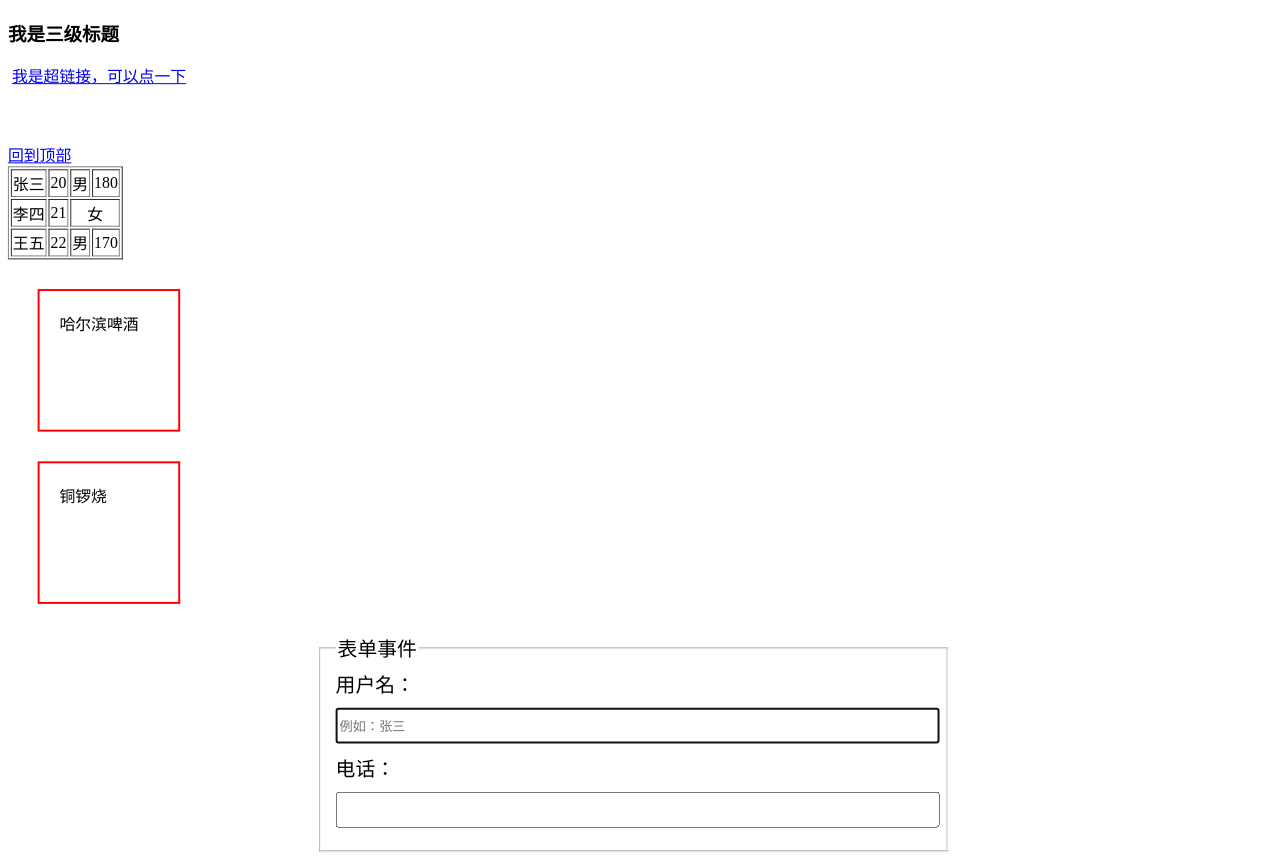
Repository: wyhzglgithub/mygitremote
Page: test.html
These files come from the project's save history. The page is drawn as it stood at one moment and after the next save; the edit follows.
The browser window is 1280 px wide. The pictures show the whole page, at 99% of full size.

Above is the page before, as saved 2021-10-11 13:46:34.

### test.html
<!DOCTYPE html>
<html lang="en">
<head>
    <meta charset="UTF-8">
    <meta http-equiv="X-UA-Compatible" content="IE=edge">
    <meta name="viewport" content="width=device-width, initial-scale=1.0">
    <title>Document</title>

    <style type="text/css">
        div{
            width: 100px;
            height: 100px;
            border: 2px solid red;
            padding: 20px;
            margin: 30px;
        }

        form{
           width: 100%;
           max-width: 640px;
           min-width: 320px;
           margin: 0 auto;
           font-family: "Microsoft Yahei";
           font-size: 20px;
        }

        input{
            display: block;
            width: 100%;
            height: 30px;
            margin: 10px 0;
        }

    </style>
</head>
<body>
    <h3>我是三级标题</h3>
    <img src="" alt="" />
    <a name="name1" href="https://www.baidu.com" title="悬停文本">我是超链接，可以点一下</a>
    <pre>

    </pre>
    <a href="#name1">回到顶部</a>

    <table border="1">
        <tr>
            <td>张三</td>
            <td>20</td>
            <td>男</td>
            <td>180</td>
        </tr>
        <tr>
            <td>李四</td>
            <td>21</td>
            <td colspan="2" align="center">女</td>
        </tr>
        <tr>
            <td>王五</td>
            <td>22</td>
            <td>男</td>
            <td>170</td>
        </tr>
    </table>

    <div>哈尔滨啤酒</div>
    <div>铜锣烧</div>

    <form action="">
        <fieldset>
            <legend>表单事件</legend>
            <label for="">
                用户名：<input type="text" placeholder="例如：张三" autofocus name="userName" autocomplete="on" required />
            </label>
            <label for="">
                电话：<input type="tel" pattern="1\d{10}" />
            </label>

        </fieldset>
    </form>


</body>
</html>

After the next save:
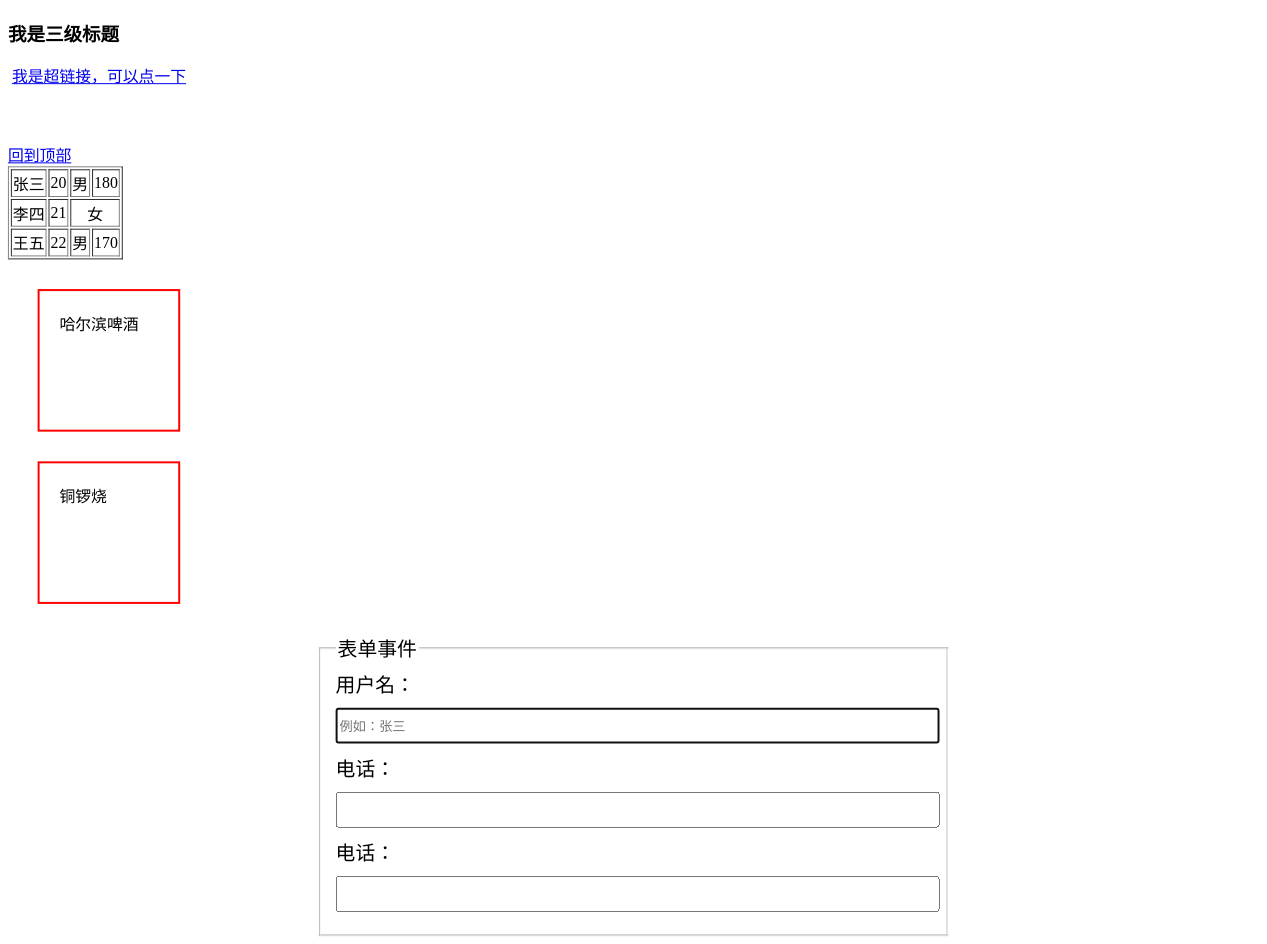
Saved 23 s later.
--- a/test.html
+++ b/test.html
@@ -74,7 +74,9 @@
             <label for="">
                 电话：<input type="tel" pattern="1\d{10}" />
             </label>
-
+            <label for="">
+                电话：<input type="tel" pattern="1\d{10}" />
+            </label>
         </fieldset>
     </form>
 
